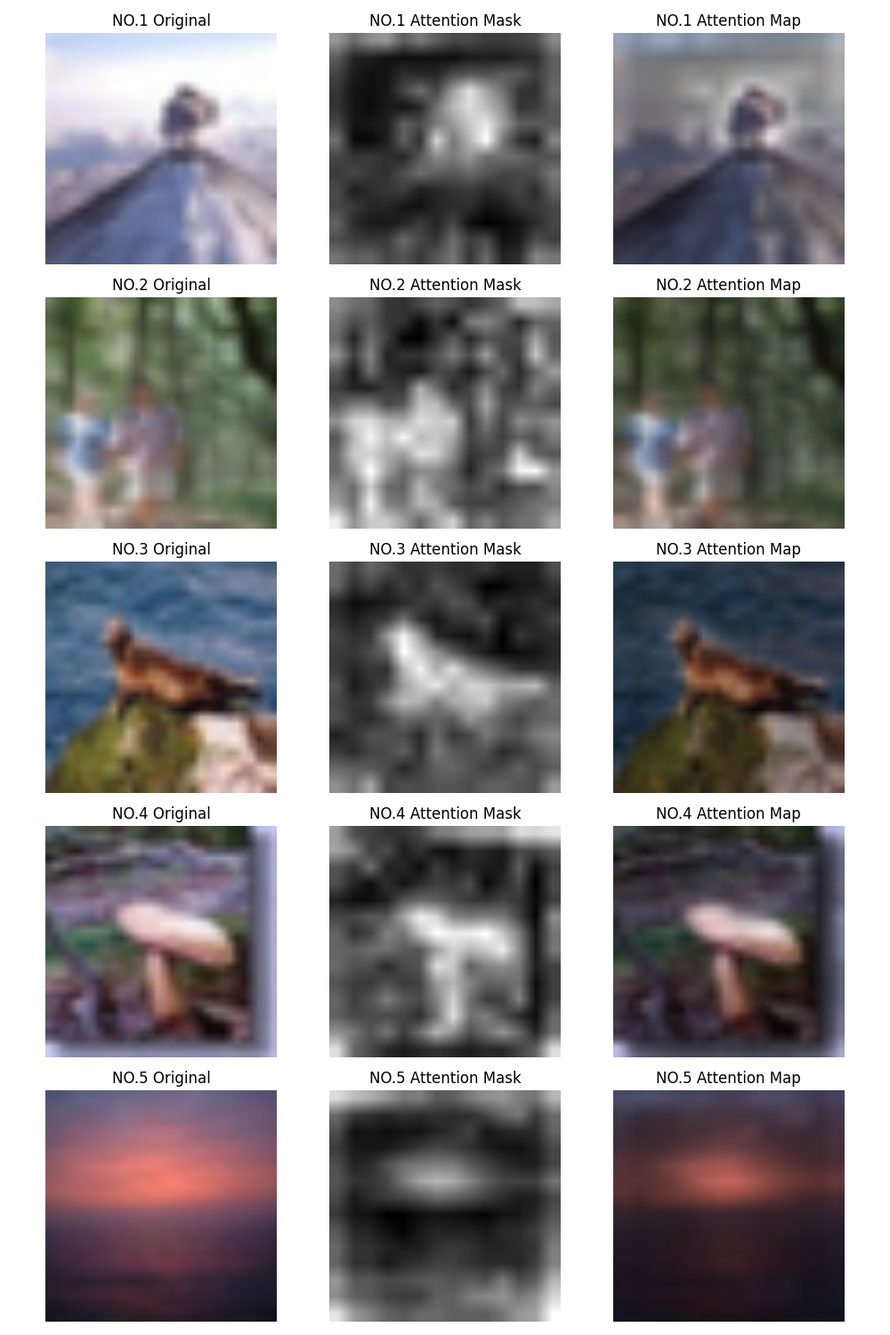
Repository: ginnux/vit
Script's output: python figure/visual.py
These files come from the project's save history. The script's output is drawn as it stood at one moment and after the next save; the edit follows.
The pictures are shown at 89% of full size.
Random numbers start from a fixed seed. It also reads figure/visualize.pkl.

Above is the script's output before, as saved 2024-06-24 22:39:41.

### figure/visual.py
import pickle
import numpy as np
import matplotlib.pyplot as plt

# Load data
with open("figure/visualize.pkl", "rb") as f:
    data = pickle.load(f)

# Plot
im_list, mask_list, result_list = data

plt.rcParams["font.size"] = 10
plt.rcParams["font.family"] = "Times New Roman"
num = len(im_list)

plt.figure(figsize=(10, 3 * num))

for i in range(num):
    im = im_list[i]
    mask = mask_list[i]
    result = result_list[i]

    plt.subplot(num, 3, 3 * i + 1)
    plt.axis("off")
    plt.title(f"NO.{i+1} Original")
    plt.imshow(im)

    plt.subplot(num, 3, 3 * i + 2)
    plt.axis("off")
    plt.title(f"NO.{i+1} Attention Mask")
    plt.imshow(mask, cmap="gray")

    plt.subplot(num, 3, 3 * i + 3)
    plt.axis("off")
    plt.title(f"NO.{i+1} Attention Map")
    plt.imshow(result)

plt.tight_layout()
plt.show()

After the next save:
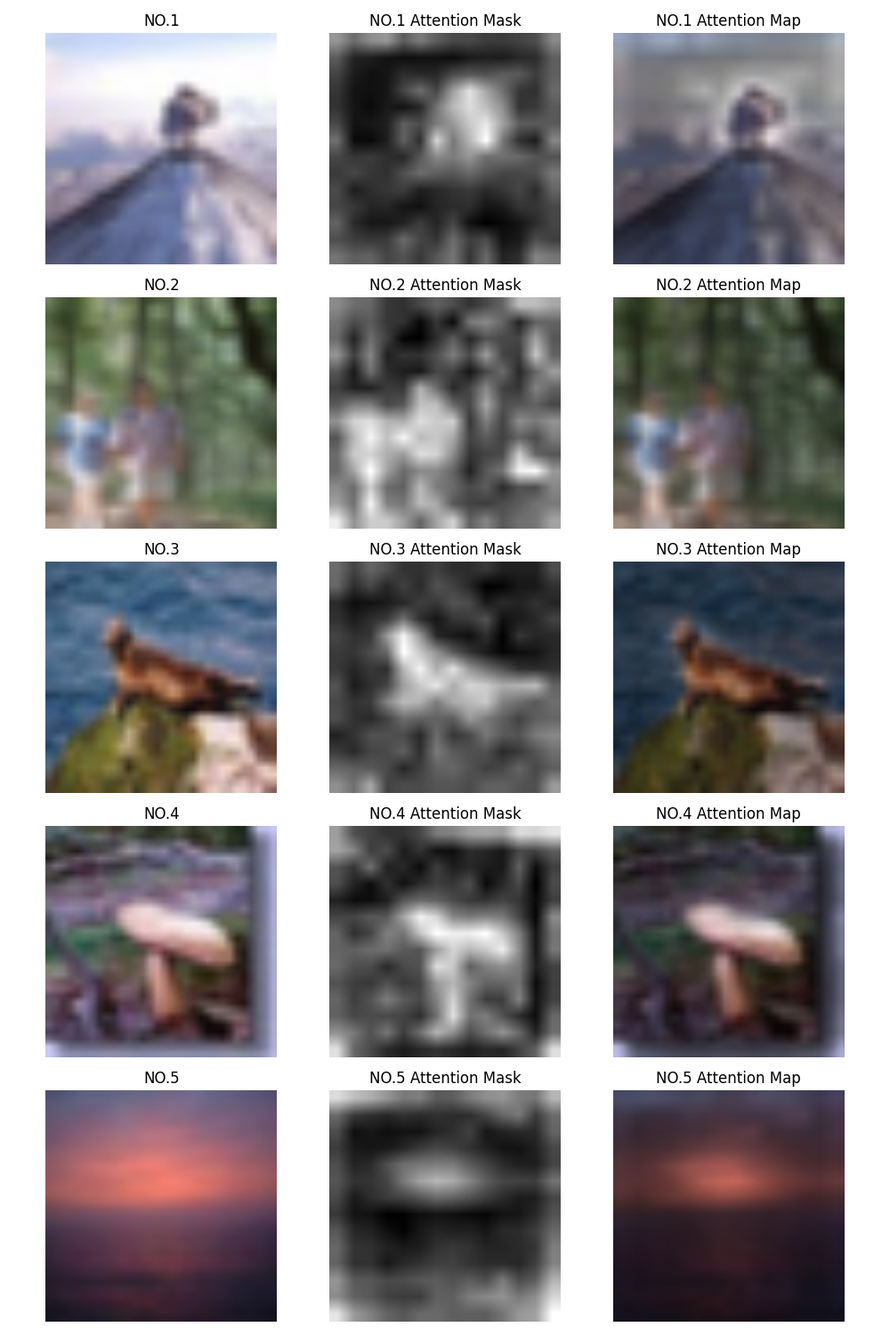
Saved 55 s later.
--- a/figure/visual.py
+++ b/figure/visual.py
@@ -22,7 +22,7 @@ for i in range(num):
 
     plt.subplot(num, 3, 3 * i + 1)
     plt.axis("off")
-    plt.title(f"NO.{i+1} Original")
+    plt.title(f"NO.{i+1}")
     plt.imshow(im)
 
     plt.subplot(num, 3, 3 * i + 2)
